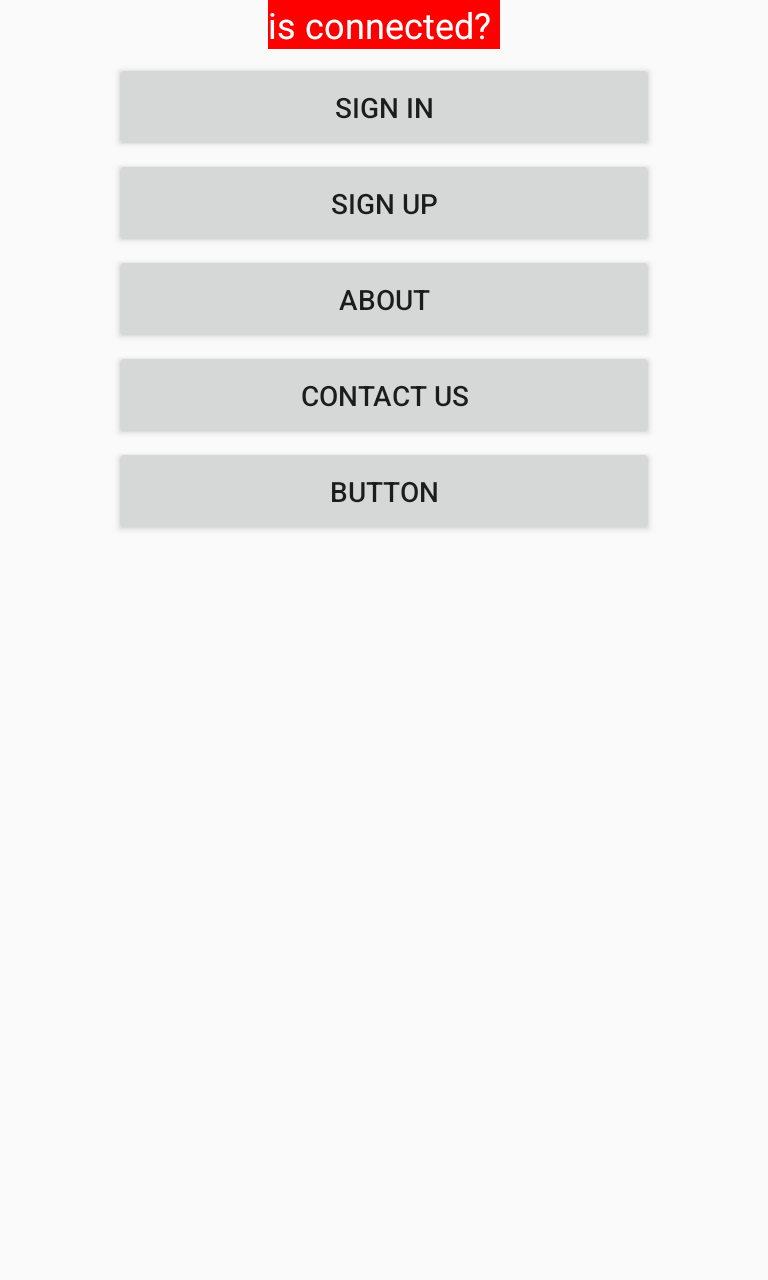
Repository: HAYKEL88/MASTER2_PFE
Layout: PFE_ANDROID/res/layout/activity_welcome_user.xml
These files come from the project's save history. The layout is drawn as it stood at one moment and after the next save; the edit follows.
It is drawn on a 768 x 1280 px phone screen (xhdpi) without system bars, with theme AppTheme; the app's code is not run.

Above is the layout before, as saved 2014-12-20 14:15:53.

After the next save:
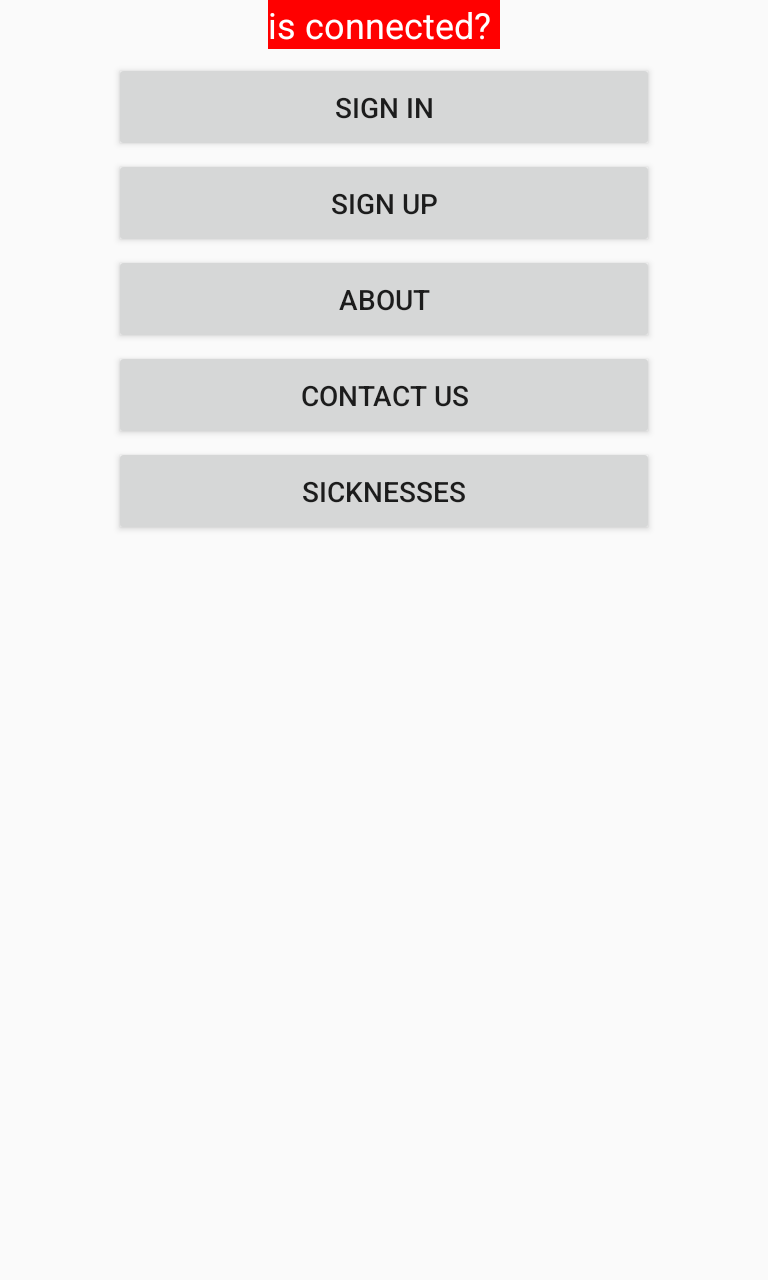
Saved 11 s later.
--- a/PFE_ANDROID/res/layout/activity_welcome_user.xml
+++ b/PFE_ANDROID/res/layout/activity_welcome_user.xml
@@ -52,6 +52,6 @@
         android:layout_width="272dp"
         android:layout_height="wrap_content"
         android:layout_gravity="center_horizontal"
-        android:text="Button" />
+        android:text="sicknesses" />
 
 </LinearLayout>
